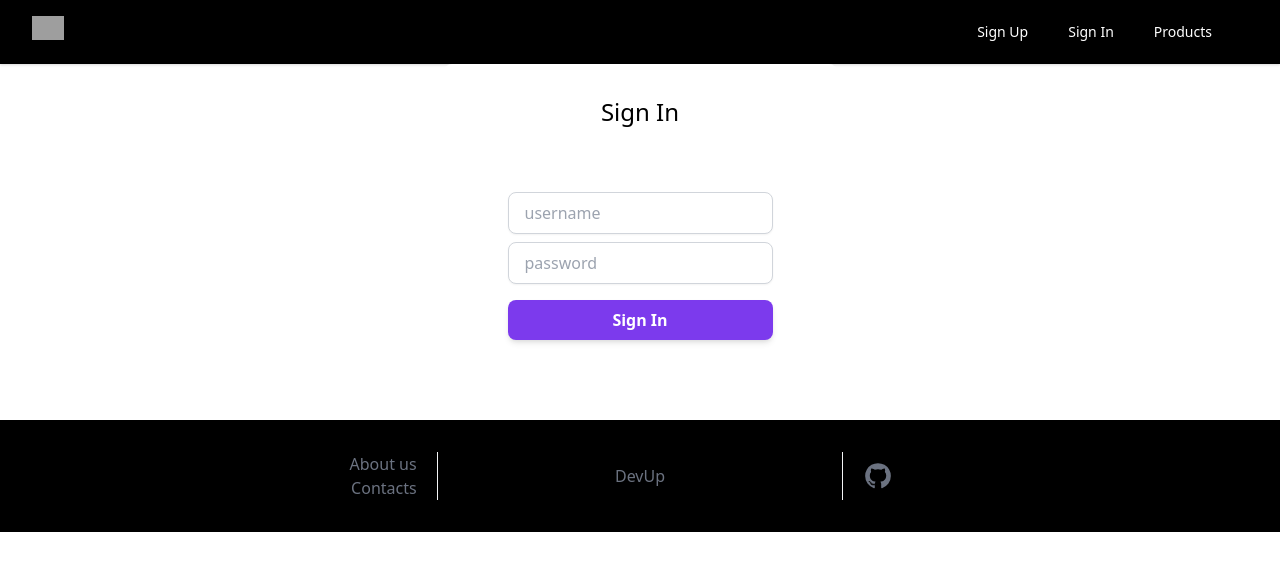
Repository: jesschoe/devup
Page: /signin (app in client/)
An editor plug-in stored every save of this project. The page is shown before and after the next save, followed by the edit.
The browser window is 1280 px wide. The pictures show the whole page.
Pictures or frames that could not be fetched are drawn as grey boxes. The project was rebuilt for these pictures with package versions that can differ from the ones it lists, and the page was loaded fresh each time. Also part of the build but not shown: client/craco.config.js, client/src/screens/Home/Home.jsx, client/src/services/products.js, client/src/screens/ProductDetail/ProductDetail.jsx, client/src/screens/ProductEdit/ProductEdit.jsx, client/src/screens/ProductCreate/ProductCreate.jsx, client/src/screens/SignUp/SignUp.jsx, client/src/components/Product/Product.jsx and 2 more.

Above is the page before, as saved 2021-10-10 10:21:02.

### client/src/App.js
import './App.css';
import { Route } from "react-router-dom"
import Home from "./screens/Home/Home"
import ProductDetail from "./screens/ProductDetail/ProductDetail"
import ProductEdit from "./screens/ProductEdit/ProductEdit"
import ProductCreate from "./screens/ProductCreate/ProductCreate"
import SignUp from "./screens/SignUp/SignUp"
import SignIn from "./screens/SignIn/SignIn"
import Products from './screens/Products/Products';

function App() {
  return (
    <div className="App">
      <Route exact path="/">
        <Home />
      </Route>
      <Route exact path="/products">
       <Products />
      </Route>
      <Route path="/products/:id">
        <ProductDetail />
      </Route>
      <Route path="/products/:id/edit">
        <ProductEdit />
      </Route>
      <Route path="/add-product">
        <ProductCreate />
      </Route>
      <Route path="/signup">
        <SignUp />
      </Route>
      <Route path="/signin">
        <SignIn />
      </Route>
    </div>
  );
}

export default App;

### client/src/screens/SignIn/SignIn.jsx
import { useState } from "react";
import { signIn } from "../../services/users";
import { useHistory } from "react-router-dom";
import Layout from "../../components/Layout/Layout";

const SignIn = (props) => {
  const history = useHistory();

  const [form, setForm] = useState({
    username: "",
    password: "",
    isError: false,
    errorMsg: "",
  });

  const handleChange = (e) => {
    setForm({
      ...form,
      [e.target.name]: e.target.value,
    });
  };

  const onSignIn = async (e) => {
    e.preventDefault();
    const { setUser } = props;
    try {
      const user = await signIn(form);
      setUser(user);
      history.push("/");
    } catch (error) {
      console.error(error);
      setForm({
        isError: true,
        errorMsg: "Invalid username or password",
        username: "",
        password: "",
      });
    }
  };

  const renderError = () => {
    const toggleForm = form.isError ? "danger" : "";
    if (form.isError) {
      return (
        <button type="submit" className={toggleForm}>
          {form.errorMsg}
        </button>
      );
    } else {
      return <button type="submit">Sign In</button>;
    }
  };

  const { username, password } = form;

  return (
    <Layout>
      <div className="flex justify-center">
        <div class="flex flex-col justify-center items-center max-w-md px-4 py-8 bg-white rounded-lg  sm:px-6 md:px-8 lg:px-10">
          <div class="self-center mb-2 text-xl font-light text-black sm:text-2xl dark:text-white">
            Sign In
          </div>
          <div class="p-6 mt-8">
            <form>
              <div class="flex flex-col mb-2">
                <div class=" relative ">
                  <input
                    className=" rounded-lg border-transparent flex-1 appearance-none border border-gray-300 w-full py-2 px-4 bg-white text-gray-700 placeholder-gray-400 shadow-sm text-base focus:outline-none focus:ring-2 focus:ring-purple-600 focus:border-transparent"
                    required
                    type="text"
                    value={username}
                    onChange={handleChange}
                    placeholder="username"
                  />
                </div>
              </div>
              <div className="flex flex-col mb-2">
                <div className=" relative ">
                  <input
                    className=" rounded-lg border-transparent flex-1 appearance-none border border-gray-300 w-full py-2 px-4 bg-white text-gray-700 placeholder-gray-400 shadow-sm text-base focus:outline-none focus:ring-2 focus:ring-purple-600 focus:border-transparent"
                    required
                    type="password"
                    value={password}
                    onChange={handleChange}
                    placeholder="password"
                  />
                </div>
              </div>
              <div class="flex w-full my-4">
                <button
                  type="submit"
                  class="py-2 px-4  bg-purple-600 hover:bg-purple-700 focus:ring-purple-500 focus:ring-offset-purple-200 text-white w-full transition ease-in duration-200 text-center text-base font-semibold shadow-md focus:outline-none focus:ring-2 focus:ring-offset-2  rounded-lg "
                >
                  Sign In
                </button>
              </div>
            </form>
            <div class="flex items-center justify-center mt-6">
            </div>
          </div>
        </div>
      </div>
    </Layout>
  );
};

export default SignIn;

{
  /* <div className="min-h-screen min-w-max flex justify-center items-center text-center">
      <div className="text-black block">Sign In</div>
      <form onSubmit={onSignIn}>
        <label>Email</label>
        <input
          required
          type="text"
          name="email"
          value={username}
          placeholder="username"
          onChange={handleChange}
        />
        <label>Password</label>
        <input
          required
          name="password"
          value={password}
          type="password"
          placeholder="password"
          onChange={handleChange}
        />
        {renderError()}
      </form>
    </div> */
}

### client/src/components/Layout/Layout.jsx
import Footer from '../Footer/Footer'
import Nav from '../Nav/Nav'

const Layout = (props) => {
  return (
    <div>
      <Nav />
      <div className="">
        {props.children}
      </div>
      <Footer />
    </div>
  )
}

export default Layout

### client/src/services/users.js
import api from './apiConfig'
import jwtDecode from 'jwt-decode'

export const signUp = async (credentials) => {
  try {
    const resp = await api.post('/sign-up', credentials)
    localStorage.setItem('token', resp.data.token)
    const user = jwtDecode(resp.data.token)
    return user
  } catch (error) {
    throw error
  }
}

export const signIn = async (credentials) => {
  try {
    const resp = await api.post('/sign-in', credentials)
    localStorage.setItem('token', resp.data.token)
    const user = jwtDecode(resp.data.token)
    return user
  } catch (error) {
    throw error
  }
}

export const signOut = async () => {
  try {
    localStorage.removeItem("token")
    return true
  } catch (error) {
    throw error
  }
}

export const changePassword = async (passwords, user) => {
  try {
    const resp = await api.post('/')
    return resp.data
  } catch (error) {
    throw error
  }
}

export const verifyUser = async () => {
  const token = localStorage.getItem('token')
  if (token) {
    const res = await api.get('/verify')
    return res.data
  }
  return false
}

### client/src/components/Footer/Footer.jsx
import React from "react";
import { Link } from "react-router-dom";
const Footer = () => {
  return (
    <div>
      <footer className="px-3 py-8 bg-black text-2 text-gray-500 transition-colors duration-200">
        <div className="flex flex-col">
          <div className="md:hidden mt-7 mx-auto w-11 h-px rounded-full"></div>
          <div class="mt-4 md:mt-0 flex flex-col md:flex-row">
            <nav className="flex-1 flex flex-col items-center justify-center md:items-end md:border-r border-gray-100 md:pr-5">
              <Link to="/" className="hover:text-white">
                About us
              </Link>
              <Link className="hover:text-white">Contacts</Link>
            </nav>
            <div className="md:hidden mt-4 mx-auto w-11 h-px rounded-full"></div>
            <div className="mt-4 md:mt-0 flex-1 flex items-center justify-center md:border-r border-gray-100 hover:text-white">
              <Link to="/">DevUp</Link>
            </div>
            <div className="md:hidden mt-4 mx-auto w-11 h-px rounded-full "></div>
            <div className="mt-7 md:mt-0 flex-1 flex flex-col items-center justify-center md:items-start md:pl-5">
              <svg
                xmlns="http://www.w3.org/2000/svg"
                width="30"
                height="30"
                fill="currentColor"
                className="text-xl hover:text-white transition-colors duration-200"
                viewBox="0 0 1792 1792"
              >
                <path d="M896 128q209 0 385.5 103t279.5 279.5 103 385.5q0 251-146.5 451.5t-378.5 277.5q-27 5-40-7t-13-30q0-3 .5-76.5t.5-134.5q0-97-52-142 57-6 102.5-18t94-39 81-66.5 53-105 20.5-150.5q0-119-79-206 37-91-8-204-28-9-81 11t-92 44l-38 24q-93-26-192-26t-192 26q-16-11-42.5-27t-83.5-38.5-85-13.5q-45 113-8 204-79 87-79 206 0 85 20.5 150t52.5 105 80.5 67 94 39 102.5 18q-39 36-49 103-21 10-45 15t-57 5-65.5-21.5-55.5-62.5q-19-32-48.5-52t-49.5-24l-20-3q-21 0-29 4.5t-5 11.5 9 14 13 12l7 5q22 10 43.5 38t31.5 51l10 23q13 38 44 61.5t67 30 69.5 7 55.5-3.5l23-4q0 38 .5 88.5t.5 54.5q0 18-13 30t-40 7q-232-77-378.5-277.5t-146.5-451.5q0-209 103-385.5t279.5-279.5 385.5-103zm-477 1103q3-7-7-12-10-3-13 2-3 7 7 12 9 6 13-2zm31 34q7-5-2-16-10-9-16-3-7 5 2 16 10 10 16 3zm30 45q9-7 0-19-8-13-17-6-9 5 0 18t17 7zm42 42q8-8-4-19-12-12-20-3-9 8 4 19 12 12 20 3zm57 25q3-11-13-16-15-4-19 7t13 15q15 6 19-6zm63 5q0-13-17-11-16 0-16 11 0 13 17 11 16 0 16-11zm58-10q-2-11-18-9-16 3-14 15t18 8 14-14z"></path>
              </svg>
            </div>
          </div>
        </div>
      </footer>
    </div>
  );
};

export default Footer;

### client/src/components/Nav/Nav.jsx
import { NavLink } from "react-router-dom";
import MobileNav from "../MobileNav/MobileNav";

const Nav = () => {
  return (
    <div>
      <nav className="bg-black dark:bg-gray-800  shadow ">
        <div className="max-w-7xl mx-auto px-8">
          <div className="flex items-center justify-between h-16">
            <div className="w-full justify-between flex items-center">
              <NavLink className="h-8 w-8" to="/">
                <img src="../../../public/logo.png" alt="Devup Logo" />{" "}
              </NavLink>
              <div className="hidden md:block">
                <div className="ml-10 flex items-baseline space-x-4">
                  <NavLink
                    className="text-white hover:text-indigo-400 px-3 py-2 rounded-md text-sm font-medium"
                    to="/signup"
                  >
                    Sign Up
                  </NavLink>
                  <NavLink
                    className="text-white hover:text-indigo-400 px-3 py-2 rounded-md text-sm font-medium"to="/signin">
                    Sign In
                  </NavLink>
                  <NavLink className="text-white hover:text-indigo-400 px-3 py-2 rounded-md text-sm font-medium"to="/products">
                    Products
                  </NavLink>
                </div>
              </div>
            </div>
            <div className="block">
              <div className="ml-4 flex items-center md:ml-6"></div>
            </div>
            <div className="-mr-2 flex md:hidden">
              <button className="text-white inline-flex items-center justify-center p-2 rounded-md focus:outline-none">
                <svg
                  width="20"
                  height="20"
                  fill="currentColor"
                  className="h-8 w-8"
                  viewBox="0 0 1792 1792"
                  xmlns="http://www.w3.org/2000/svg"
                >
                  <path d="M1664 1344v128q0 26-19 45t-45 19h-1408q-26 0-45-19t-19-45v-128q0-26 19-45t45-19h1408q26 0 45 19t19 45zm0-512v128q0 26-19 45t-45 19h-1408q-26 0-45-19t-19-45v-128q0-26 19-45t45-19h1408q26 0 45 19t19 45zm0-512v128q0 26-19 45t-45 19h-1408q-26 0-45-19t-19-45v-128q0-26 19-45t45-19h1408q26 0 45 19t19 45z"></path>
                </svg>
              </button>
            </div>
          </div>
        </div>
        <div className="md:hidden">
          <MobileNav />
        </div>
      </nav>
    </div>
  );
};

export default Nav;

### client/src/services/apiConfig.js
import axios from 'axios'

const getToken = () => {
    return new Promise(resolve => {
        resolve(`Bearer ${localStorage.getItem('token') || null}`)
    })
}

const api = axios.create({
    baseURL: process.env.NODE_ENV === 'production'
        ? 'https://devupapp.herokuapp.com//api'
        : 'http://localhost:3000/api'
})

api.interceptors.request.use(async function (config) {
    config.headers['Authorization'] = await getToken()
    return config
}, function (error) {
    console.log('Request error: ', error)
    return Promise.reject(error)
});

export default api

### client/src/components/MobileNav/MobileNav.jsx
import { NavLink } from "react-router-dom";

const MobileNav = () => {
  return (
    <div className="px-2 pt-2 pb-3 space-y-1 sm:px-3">
      <NavLink
        className="text-white hover:text-indigo-400 px-3 py-2 rounded-md text-sm font-medium block"
        to="/signup">
        Sign Up
      </NavLink>
      <NavLink
        className="text-white hover:text-indigo-400 px-3 py-2 rounded-md text-sm font-medium block"
        to="/signin">
        Sign In
      </NavLink>
      <NavLink
        className="text-white hover:text-indigo-400 px-3 py-2 rounded-md text-sm font-medium block"
        to="/products">
        Products
      </NavLink>
    </div>
  );
};

export default MobileNav;

Loaded but not shown: client/public/index.html (common file); client/src/index.js (common file); client/src/index.css (common file); client/src/reportWebVitals.js (common file); client/src/App.css (common file); client/tailwind.config.js (common file)

After the next save:
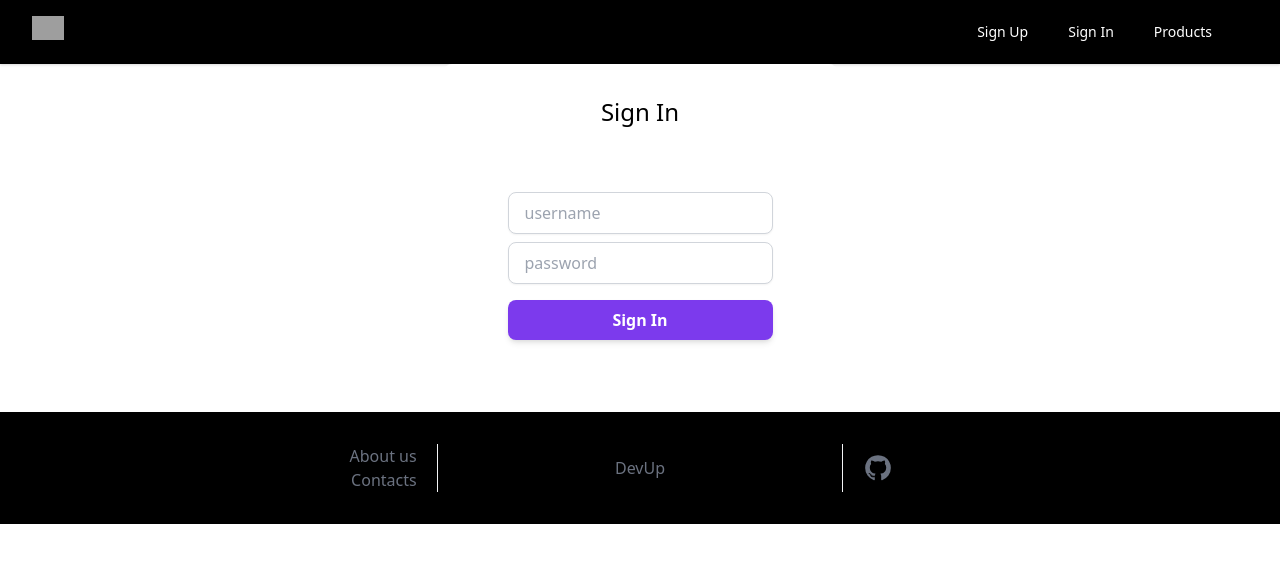
Saved 6 s later.
--- a/client/src/screens/SignIn/SignIn.jsx
+++ b/client/src/screens/SignIn/SignIn.jsx
@@ -95,8 +95,6 @@ const SignIn = (props) => {
                 </button>
               </div>
             </form>
-            <div class="flex items-center justify-center mt-6">
-            </div>
           </div>
         </div>
       </div>
